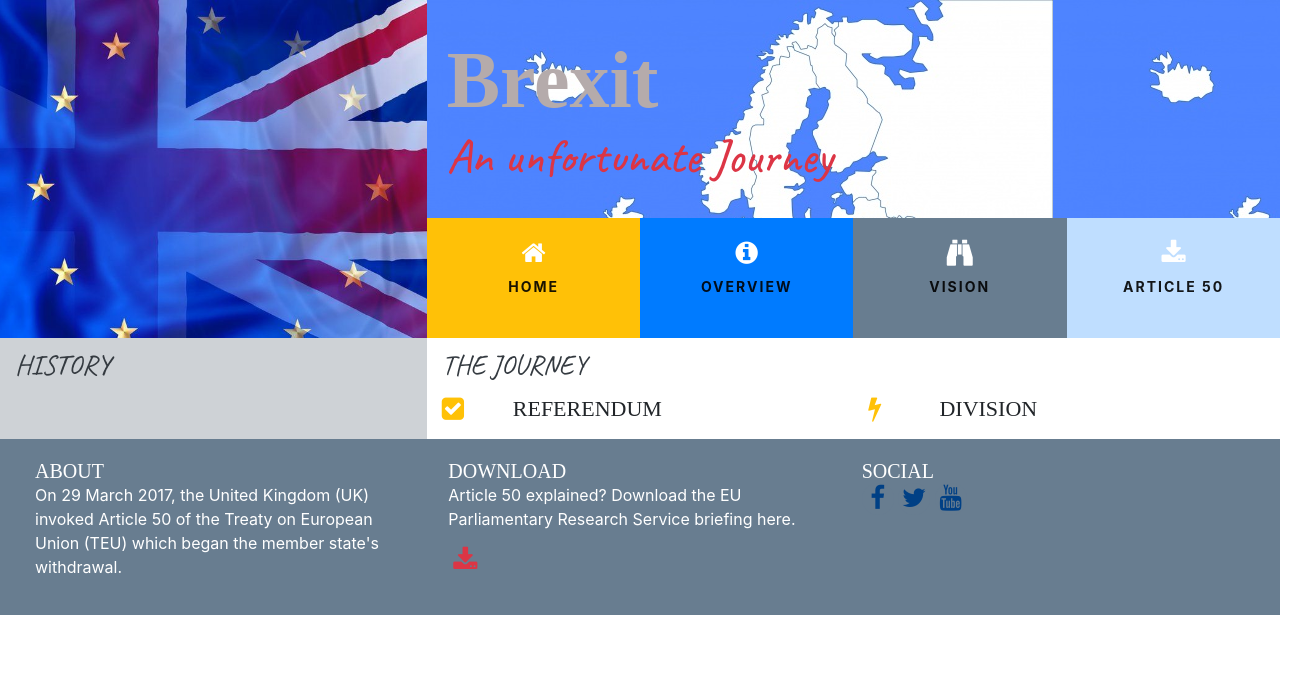
Repository: isiko1/Milestone_Project_One
Page: overview.html
The author's editor kept a record of every edit. The page is drawn from the files as they stood at one moment, then again after the next edit.
The browser window is 1280 px wide. The page is 1280 px wide, then 1295 px, so the pictures cover 1295 px, including what lies to the right of the window. The pictures show the whole page.
Some web fonts or font styles are not loaded; a fallback is used.

Above is the page before.

### overview.html
<!DOCTYPE html>
<html lang="en">

<head>
    <meta charset="UTF-8">
    <meta name="viewport" content="width=device-width, initial-scale=1.0">
    <meta http-equiv="X-UA-Compatible" content="ie=edge">
    <link rel="stylesheet" href="https://stackpath.bootstrapcdn.com/bootstrap/4.3.1/css/bootstrap.min.css" type="text/css" />
    <link rel="stylesheet" href="https://stackpath.bootstrapcdn.com/font-awesome/4.7.0/css/font-awesome.min.css" type="text/css" />
    <link rel="stylesheet" href="https://cdnjs.cloudflare.com/ajax/libs/hover.css/2.3.1/css/hover-min.css" type="text/css" />
    <link rel="stylesheet" href="info/css/style.css" type="text/css" />
    <title>Brexit - An unfortunate Journey</title>
</head>

<body>
    <header>
        <div class="row no-gutters">
            <a href="index.html" class="col-md-4 logo-euk">
            </a>
            <div class="col-md-8">
                <div class="row no-gutters bg-color-name-title">
                    <div class="col heading">
                        <h1 class="title">Brexit</h1>
                        <h3 class="subtitle">An unfortunate Journey</h3>
                    </div>
                </div>
                <div class="row no-gutters">
                    <div class="col">
                        <ul id="nav" class="list-inline menucontainer">
                            <li class="col-6 col-sm-3 menu-color-home list-inline-item menu-item">
                                <a href="#" class="hvr-sweep-to-right"><i class="fa fa-home" aria-hidden="true"></i><span>Home</span></a>
                            </li>
                            <li class="col-6 col-sm-3 menu-color-overview list-inline-item menu-item">
                                <a href="#" class="hvr-sweep-to-right"><i class="fa fa-info-circle" aria-hidden="true"></i><span>Overview</span></a>
                            </li>
                            <li class="col-6 col-sm-3 menu-color-vision list-inline-item menu-item">
                                <a href="#" class="hvr-sweep-to-right"><i class="fa fa-binoculars" aria-hidden="true"></i><span>Vision</span></a>
                            </li>
                            <li class="col-6 col-sm-3 menu-color-article list-inline-item menu-item">
                                <a href="#" class="hvr-sweep-to-right"><i class="fa fa-download" aria-hidden="true"></i><span>Article 50</span></a>
                            </li>
                        </ul>
                    </div>
                </div>
            </div>
            <div>
            </div>
    </header>
    <section class="container-fluid">
        <div class="row">
            <div class="col-md-4 bg-color-institutions section-column">
                <div class="row">
                    <div class="col-12">
                        <h3 class="section-heading uppercase">History</h3>
                    </div>
                </div>
            </div>
            <div class="col-md-8 bg-color-members section-column">
                <div class="row">
                    <div class="col">
                        <h3 class="section-heading uppercase">The Journey</h3>
                    </div>
                </div>
                <div class="row">
                    <div class="col-10 offset-1 offset-sm-0 col-sm-4 col-md-6">
                        <div class="row">
                            <div class="col-2">
                                <i class="members-icon fa fa-check-square" aria-hidden="true"></i>
                            </div>
                            <div class="col-10">
                                <h4 class="members-heading uppercase">Referendum</h4>
                                <p class="paragraph-contents"></p>
                            </div>
                        </div>
                    </div>
                    <div class="col-10 offset-1 offset-sm-0 col-sm-4 col-md-6">
                        <div class="row">
                            <div class="col-2">
                                <i class="members-icon fa fa-bolt" aria-hidden="true"></i>
                            </div>
                            <div class="col-10">
                                <h4 class="members-heading uppercase">Division</h4>
                                <p class="paragraph-contents"> </p>
                            </div>
                        </div>
                    </div>
                </div>
            </div>
        </div>
    </section>
    <footer class="container-fluid">
        <div id="footer-details" class="row">
            <div class="col-sm-4">
                <h5 class="uppercase general">About</h5>
                <p class="inline-block">On 29 March 2017, the United Kingdom (UK) invoked Article 50 of the Treaty on European Union (TEU) which began the member state's withdrawal.</p>
            </div>

            <div class="col-sm-4">
                <h5 class="uppercase general">Download</h5>
                <p class="inline-block">Article 50 explained? Download the EU Parliamentary Research Service briefing here.</p>
                <a href="" target="_blank" class="art-pdf">
            <i class="fa fa-download" aria-hidden="true"></i>
            <span class="sr-only">Download link.</span>
            </a>
            </div>
            <div class="col-sm-4">
                <h5 class="uppercase general">Social</h5>
                <ul class="list-inline social-links">
                    <li class="list-inline-item">
                        <a target="_blank" href="#">
                        <i class="fa fa-facebook" aria-hidden="true"></i>
                        <span class="sr-only">Facebook</span>
                    </a>
                    </li>
                    <li class="list-inline-item">
                        <a target="_blank" href="#">
                        <i class="fa fa-twitter" aria-hidden="true"></i>
                        <span class="sr-only">Twitter</span>
                        </a>
                    </li>
                    <li class="list-inline-item">
                        <a target="_blank" href="#">
                        <i class="fa fa-youtube" aria-hidden="true"></i>
                        <span class="sr-only">YouTube</span>
                        </a>
                    </li>
                </ul>
            </div>
        </div>
    </footer>
</body>

</html>

### info/css/style.css
@import url('https://fonts.googleapis.com/css?family=Caveat:100,200,300,400,500,600,700|Tinos,100,200,300,400,500,600,700');

/*---------Style---------------------------------------------*/

h1,
h2,
h3,
h4,
h5 {
    margin: 0;
    }

.uppercase {
    text-transform: uppercase;
}

.general {
    font-family: "Tinos", sans-serif;
    color: #fff;
}
.institutions-item {
    font-size: 26px;
    font-weight: 300;
}

/*................backgoundcolor*/

.bg-color-institutions {
    background-color: #ced2d6;
}


.bg-color-name-title  {
    background-image: url("../images/europe.jpg")
}

.menu-color-home {
    background-color: #ffc107;
}

.menu-color-overview {
    background-color: #007bff;
}

.menu-color-vision {
    background-color: #687d90;
}

.menu-color-article {
    background-color: rgba(0, 123, 255, .25);
}

/*-------------------Header-----------------*/

header {
    margin: 0;
}

.logo {
    background-image: url("../images/eu.jpg");
    background-position: center;
    background-repeat: no-repeat;
    background-size: cover;
    min-height: 120px;
    transition: all .5s ease-in-out;
    -moz-transition: all .5s ease-in-out;
    -o-transition: all .5s ease-in-out;
    -webkit-transition: all .5s ease-in-out;
}

.logo-uk {
    background-image: url("../images/uk.jpg");
    background-position: center;
    background-repeat: no-repeat;
    background-size: cover;
    min-height: 120px;
    transition: all .5s ease-in-out;
    -moz-transition: all .5s ease-in-out;
    -o-transition: all .5s ease-in-out;
    -webkit-transition: all .5s ease-in-out;

}

.logo-euk {
    background-image: url("../images/flag.jpg");
    background-position: center;
    background-repeat: no-repeat;
    background-size: cover;
    min-height: 120px;
    transition: all .5s ease-in-out;
    -moz-transition: all .5s ease-in-out;
    -o-transition: all .5s ease-in-out;
    -webkit-transition: all .5s ease-in-out;

}

.title {
    font-family: Tinos, sans-serif;
    font-weight: 600;
    font-size: 5rem;
    margin-top: 2rem;
    color: #b5abab;
    padding-left: 20px;
}


.subtitle {
    font-family: Caveat, sans-serif;
    font-weight: 500;
    font-size: 3rem;
    margin-bottom: 2rem;
    color: #dc3545;
    padding-left: 20px;
}

.list-inline-item:not(:last-child) {
    margin: 0;
}

/*---------------Menu Items-----------------*/

.menucontainer {
    font-size: 0;
}

#nav {
    margin: 0;
}

#nav li {
    font-size: 14px;
}

.menu-item {
    height: 120px;
    text-align: center;
    padding: 0;
}

.menu-item a {
    width: 100%;
    text-decoration: none;
    color: #fff;
    height: 120px;
}

.menu-item a i {
    padding-top: 22px;
    display: block;
    font-size: 26px;
}

.menu-item span {
    display: block;
    width: 100%;
    text-align: center;
    padding-top: 10px;
    text-transform: uppercase;
    letter-spacing: 2px;
    color: rgba(0, 0, 0, .9);
    font-weight: bold
}

.section-heading {
    margin-top: 10px;
    margin-bottom: 15px;
    font-family: "Caveat", sans-serif;
    font-weight: 300;
    color: #343a40;
}

.members-heading {
    font-family: "Tinos", sans-serif;
    font-size: 22px;
    margin-bottom: 15px;

}

.paragraph-contents {
    font-size: 18px;
}

/*------------------------------------hover/footer-----*/

.hvr-sweep-to-right:before {
    background-color: #9fecb1;
    transition-timing-function: ease-in;
    transition-delay: 0.1s;
}

footer {
    background-color: #687d90;
    min-height: 120px;
    color:#fff;
    margin: 0;
}

.art-pdf i {
    font-size: 26px;
    color: #dc3545;
    text-align: center;
    padding-left: 5px;
    -moz-transition: all 0.35s ease-in-out;
    -webkit-transition: all 0.35s ease-in-out;
    -o-transition: all 0.35s ease-in-out;
}

.art-pdf i:hover {
    color: rgba(0, 123, 255, .25);
}

.social-links {
    padding-bottom: 15px;
}

.social-links li a i {
    width: 32px;
    height: 32px;
    padding: 12px 0;
    border-radius: 50%;
    font-size: 26px;
    line-height: 7px;
    text-align: center;
    color: #004085;
    background-color: #687d90;
    -moz-transition: all 0.35s ease-in-out;
    -webkit-transition: all 0.35s ease-in-out;
    -o-transition: all 0.35s ease-in-out;

}

.social-links li a i:hover {
    background: #dc3545;
}

#footer-details {
    padding: 20px;

}

/*--------------------Members----------*/

.members-icon {
    font-size: 26px;
    color: #ffc107;
}

.progress{
    position: relative;
    height:30px;
margin-bottom: 4px;

}
.progress-type{
    position: absolute;
    left: 0px;
    font-weight: 400;
    padding: 3px 30px 2px 10px;
    color: #20c997;
    background-color: rgba(0,123,255,.25);
}

After the next edit:
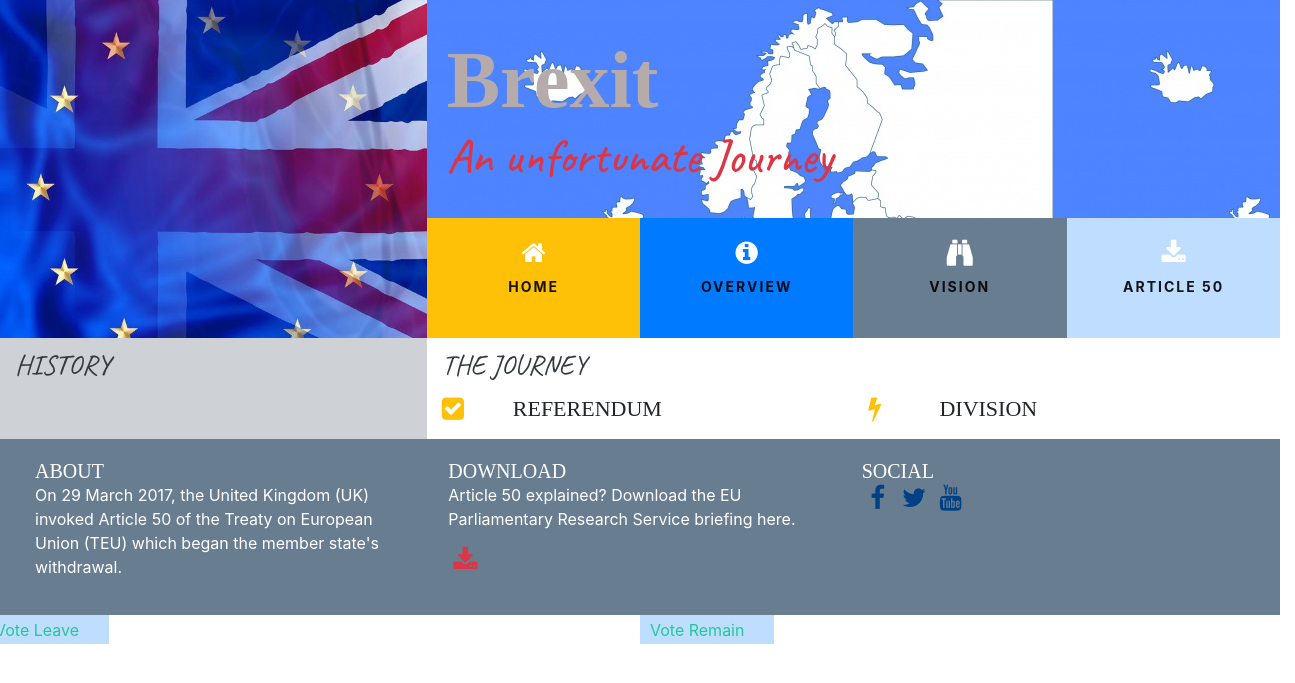
The edit:
--- a/overview.html
+++ b/overview.html
@@ -131,3 +131,20 @@
 </body>
 
 </html>
+
+
+
+<div class="row">
+                    <div class="col">
+                        <div class="progress-bar" role="progressbar" aria-valuenow="51" aria-valuemin="0" aria-valuemax="100" style="width:51%;">
+                            <span class="sr-only">51% complete</span>
+                        </div>
+                        <span class="progress-type"> Vote Leave</span>
+                    </div>
+                    <div class="col">
+                        <div class="progress-bar bg-info" role="progressbar" aria-valuenow="49" aria-valuemin="0" aria-valuemax="100" style="width:49%;">
+                            <span class="sr-only">49% complete</span>
+                        </div>
+                        <span class="progress-type"> Vote Remain</span>
+                        </div>
+                    </div>
